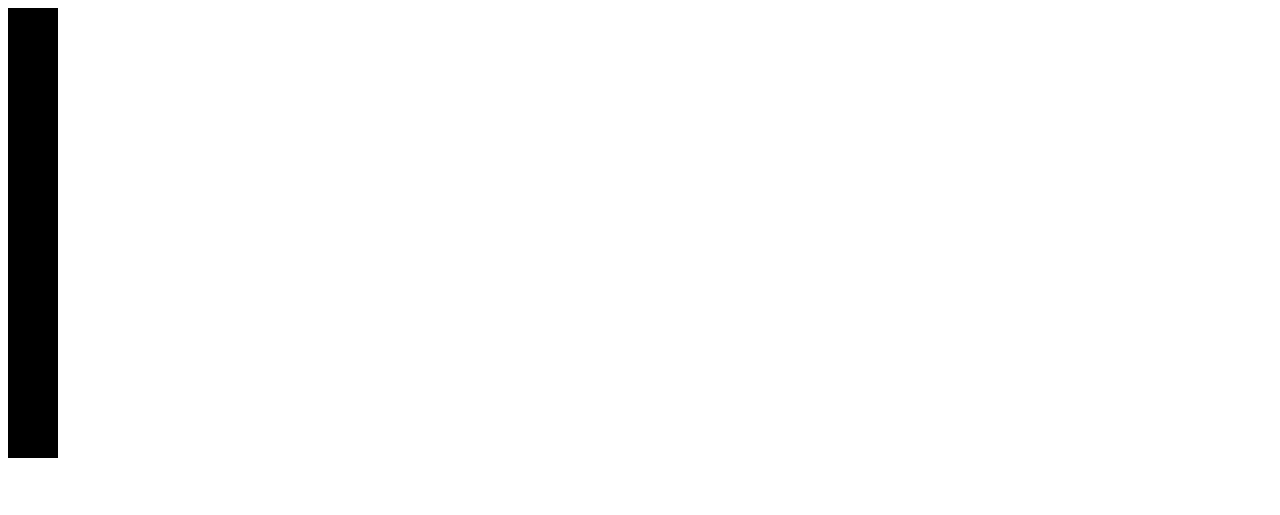
Repository: motiejus1/14-paskaita-JS
Page: index.html
An editor plug-in stored every save of this project. The page is shown before and after the next save, followed by the edit.
The browser window is 1280 px wide. The pictures show the whole page.

Above is the page before, as saved 2021-06-29 11:51:05.

After the next save:
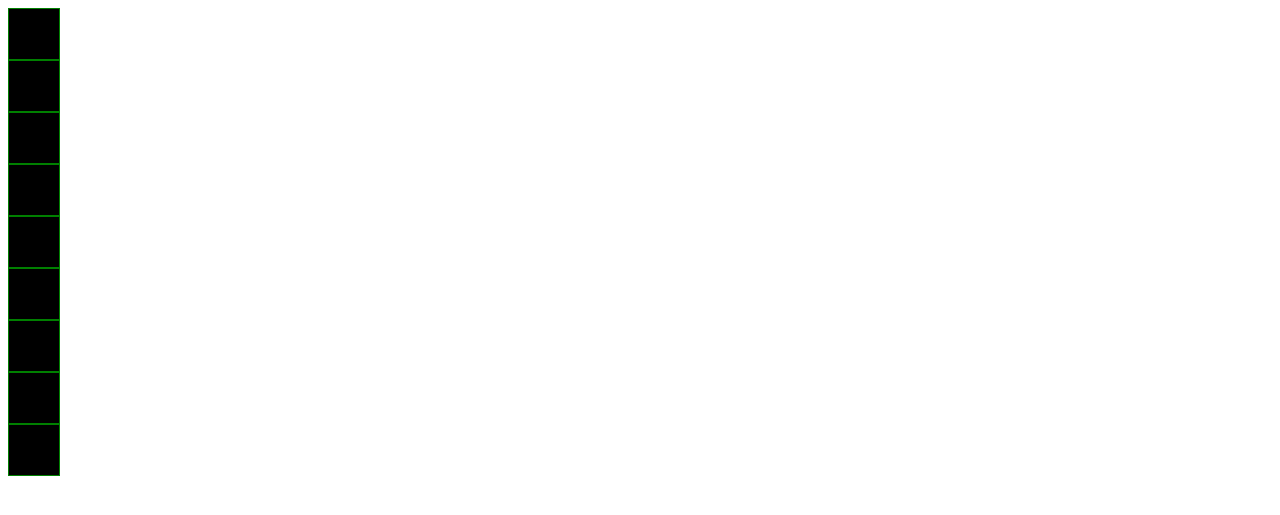
Saved 7 s later.
--- a/index.html
+++ b/index.html
@@ -11,7 +11,7 @@
             width: 50px;
             height: 50px;
             background-color: black;
-            border
+            border: 1px solid green;
         }
     </style>
 </head>
